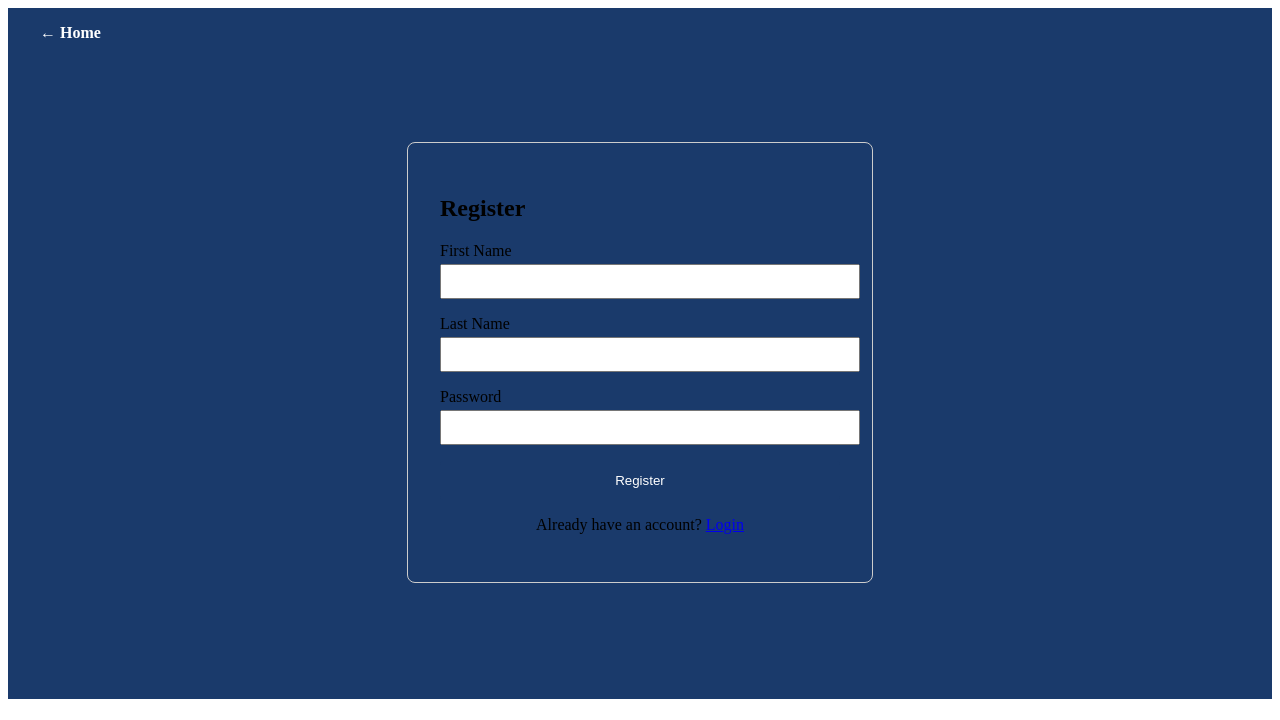
Repository: Bogo02/PhysioApp
Page: /register (app in physioapp-frontend/)
An editor plug-in stored every save of this project. The page is shown before and after the next save, followed by the edit.
The browser window is 1280 px wide. The pictures show the whole page.
The project was rebuilt for these pictures with package versions that can differ from the ones it lists, and the page was loaded fresh each time. Also part of the build but not shown: physioapp-frontend/vite.config.js, physioapp-frontend/src/index.css, physioapp-frontend/src/pages/Home.jsx, physioapp-frontend/src/pages/Login.jsx.

Above is the page before, as saved 2026-05-15 15:35:47.

### physioapp-frontend/index.html
<!doctype html>
<html lang="en">
  <head>
    <meta charset="UTF-8" />
    <link rel="icon" type="image/svg+xml" href="/favicon.svg" />
    <meta name="viewport" content="width=device-width, initial-scale=1.0" />
    <title>physioapp-frontend</title>
  </head>
  <body>
    <div id="root"></div>
    <script type="module" src="/src/main.jsx"></script>
  </body>
</html>

### physioapp-frontend/src/main.jsx
import { StrictMode } from 'react'
import { createRoot } from 'react-dom/client'
import './index.css'
import App from './App.jsx'

createRoot(document.getElementById('root')).render(
  <StrictMode>
    <App />
  </StrictMode>
)

### physioapp-frontend/src/App.jsx
import { BrowserRouter, Routes, Route } from 'react-router-dom'
import Home from './pages/Home'
import Login from './pages/Login'
import Register from './pages/Register'

function App() {
  return (
    <BrowserRouter>
      <Routes>
        <Route path="/" element={<Home />} />
        <Route path="/login" element={<Login />} />
        <Route path="/register" element={<Register />}/>
      </Routes>
    </BrowserRouter>
  )
}

export default App

### physioapp-frontend/src/pages/Register.jsx
import { useState } from 'react'
import axios from 'axios'
import { useNavigate } from 'react-router-dom'

function Register() {
    const [firstName,setFirstName] = useState('')
    const [lastName,setLastName] = useState('')
    const [email, setEmail] = useState('')
    const [password, setPassword] = useState('')
    const [error, setError] = useState('')
    const navigate = useNavigate()

    const handleRegister = async (e) => {
        e.preventDefault()
        try{
            const response = await axios.post('http://localhost:8080/api/auth/register',{
                firstName,
                lastName,
                email,
                password
            })
        localStorage.setItem('token',response.data.token)
        localStorage.setItem('role',response.data.role)
        navigate('/dashboard')
        } catch (err) {
            setError('Registration failed. Email may already be in use.')
        }
    }

    return (
        <div style={{ padding: '1rem 2rem', background: '#1a3a6b' }}>
        <a href="/" style={{ color: 'white', textDecoration: 'none', fontWeight: 'bold' }}>← Home</a>
        <div style = {{maxWidth: '400px',margin: '100px auto',padding:'2rem',border:'1px solid #ccc', borderRadius: '8px'}}>
            <h2>Register</h2>
            {error && <p style={{ color: 'red'}}>{error}</p>}
            <form onSubmit={handleRegister}>
            <div style={{marginBottom: '1rem'}}>
            <label>First Name</label>
            <input
                type="text"
                value={firstName}
                onChange={(e) => setFirstName(e.target.value)}
                style={{display: 'block',width: '100%', padding: '0.5rem',marginTop: '0.25rem'}}
                />
            </div>
            <div style={{marginBottom: '1rem'}}>
                <label>Last Name</label>
            <input
                type = "text"
                value = {lastName}
                onChange ={(e) => setLastName(e.target.value)}
                style={{display :'block', width: '100%', padding:'0.5rem',marginTop: '0.25rem'}}
                />
            </div>
            <div style={{marginBottom: '1rem'}}>
                <label>Password</label>
                <input
                type="password"
                value={password}
                onChange={(e)=> setPassword(e.target.value)}
                style={{display:'block',width:'100%',padding: '0.5rem', marginTop: '0.25rem' }}
                />
            </div>
            <button type="submit" style={{width:'100%', padding: '0.75rem', background: '#1a3a6b',color:'white',border: 'none', borderRadius: '4px',cursor: 'pointer'}}>
                Register
            </button>
            </form>
            <p style={{marginTop: '1rem',textAlign:'center'}}>
            Already have an account? <a href="/login">Login</a>
            </p>
            </div>
            </div>
    )
}

export default Register

After the next save:
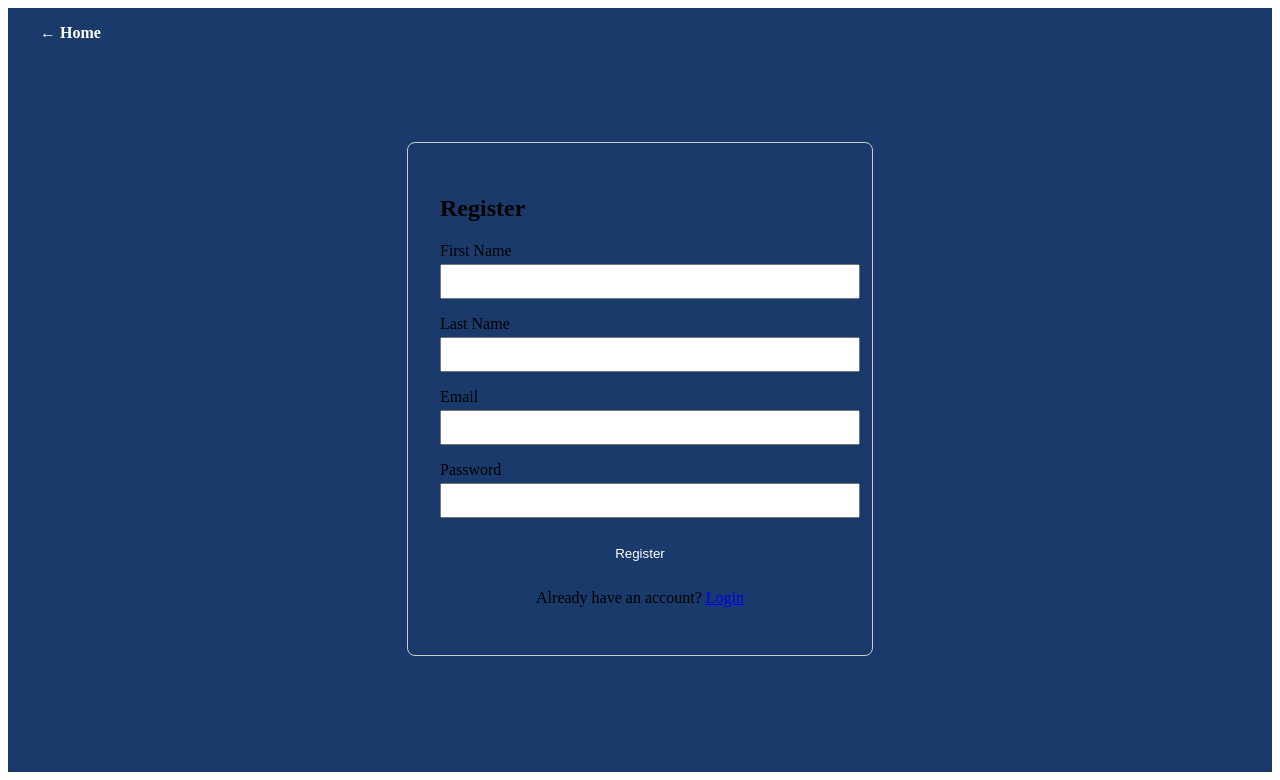
Saved 17 min 30 s later.
--- a/physioapp-frontend/src/pages/Register.jsx
+++ b/physioapp-frontend/src/pages/Register.jsx
@@ -52,6 +52,15 @@ function Register() {
                 style={{display :'block', width: '100%', padding:'0.5rem',marginTop: '0.25rem'}}
                 />
             </div>
+            <div style={{ marginBottom: '1rem' }}>
+            <label>Email</label>
+                <input
+                type="email"
+                value={email}
+                onChange={(e) => setEmail(e.target.value)}
+                style={{ display: 'block', width: '100%', padding: '0.5rem', marginTop: '0.25rem' }}
+            />
+            </div>
             <div style={{marginBottom: '1rem'}}>
                 <label>Password</label>
                 <input
